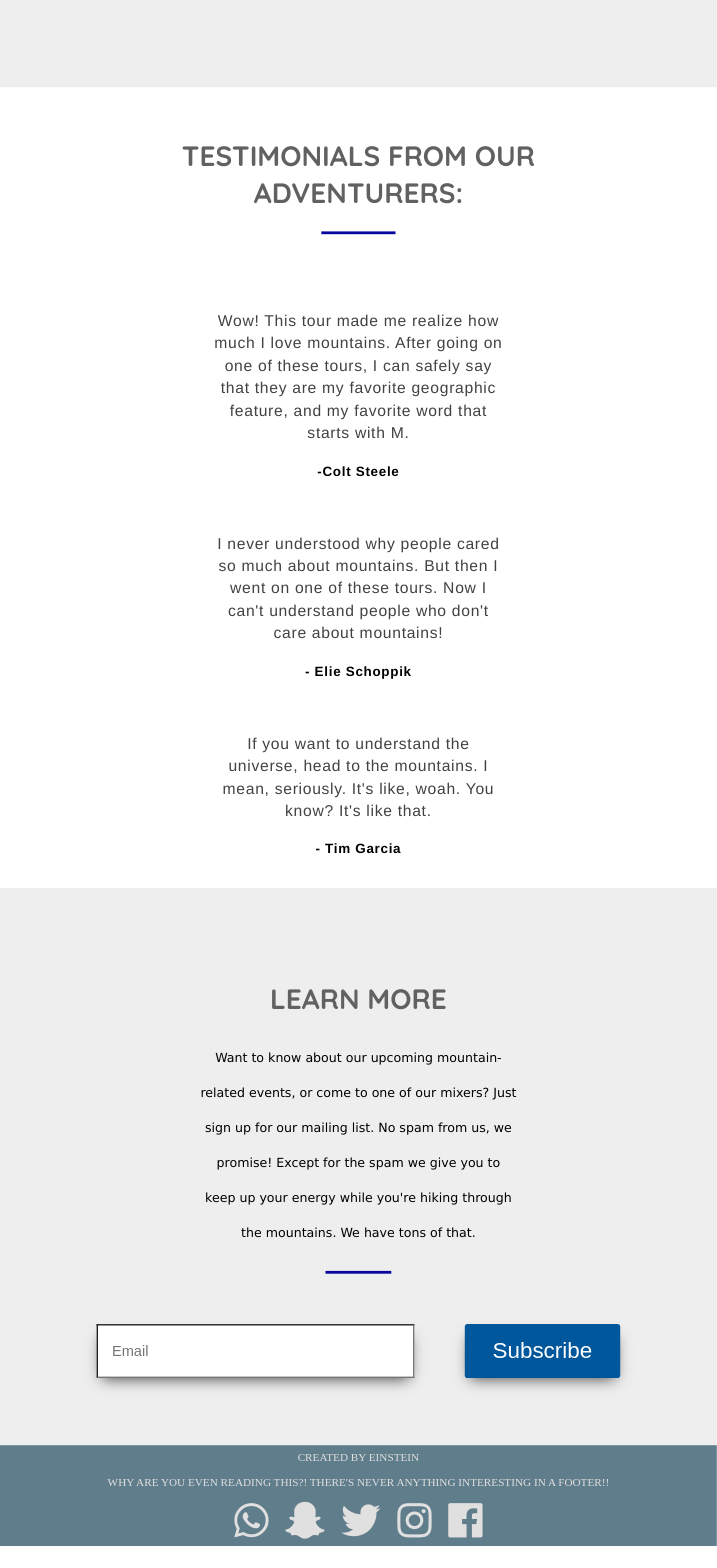
Repository: Einsteiniumeinsteinian/Advanced-CSS
Page: css-project-starter-code/index.html
An editor plug-in stored every save of this project. The page is shown before and after a run of saves, followed by the edit.
The browser window is 1024 px wide. The pictures show the part of the page from y = 3382 to 5622 px (the page is 5622 px tall), at 70% of full size.
Some web libraries are served in a nearby version.

Above is the page before, as saved 2021-09-02 13:59:57.

### css-project-starter-code/index.html
<!DOCTYPE html>
<html>
<head>
  <meta charset="utf-8">
  <meta name="viewport" content="width=device-width, initial-scale=1">
  <title>Mountain Travel</title>
  <link rel="stylesheet" href="https://use.fontawesome.com/releases/v5.0.7/css/all.css">

  <link rel="preconnect" href="https://fonts.googleapis.com">
  <link rel="preconnect" href="https://fonts.gstatic.com" crossorigin>
  <link
    href="https://fonts.googleapis.com/css2?family=Open+Sans:wght@300;400;600;700&family=Quicksand:wght@400;500;600;700&display=swap"
    rel="stylesheet">
  <link rel="stylesheet" href="https://maxcdn.bootstrapcdn.com/font-awesome/4.7.0/css/font-awesome.min.css">
  <!--? <link href="https://fonts.googleapis.com/css?family=Open+Sans" rel="stylesheet"> -->
  <link rel="stylesheet" href="assets/css/styles.css">
  <script>/* foo */</script>
</head>

<body>
  <!-- Forked from a template on Tutorialzine: https://tutorialzine.com/2016/06/freebie-landing-page-template-with-flexbox -->
  <header>
    <nav>
      <a href="#"> mountain travel</a>
      <span class="nav-span">
        <a href="#"> Tours</a>
        <a href="#"> About</a>
        <a href="#"> Contact Us</a>
      </span>
    </nav>
    <div class="top-container">
      <div class="header-text-wrapping">
        <h1>Mountain Travel</h1>
        <p>unmissable adventure tours around the world</p>
      </div>
            <button class="button"><span>Contact Us Now </span></button>

    </div>
  </header>


  <div class="line-breaker-div">
    <h1>
      Some Of Our Destination
    </h1>
    <p>
      Tired of the ocean? Are the plains too plain? Come along with us on one of our mountain adventures. Here are some
      pictures from people who have had elevated experiences with us.
    </p>
    <hr>
  </div>

  <!--* photo-section -->
  <section class="photo-section">
    <div class="photo-set-div">
      <img class="img" src="assets/img/mountain1.jpg" alt="">
      <img class="img img-2" src="assets/img/mountain2.jpg" alt="">
    </div>
    <div class="photo-set-div">

      <img class="img img-3" src="assets/img/mountain3.jpg" alt="">
      <img class="img" src="assets/img/mountain4.jpg" alt="">
    </div>
  </section>


  <!--* Packkage Section -->
  <section class="package-section">
    <div class="line-breaker-div">
      <h1>
        Tour Packages
      </h1>
      <p>
        Tired of the ocean? Are the plains too plain? Come along with us on one of our mountain adventures. Here are
        some
        pictures from people who have had elevated experiences with us.
      </p>
      <hr>
    </div>
    <div class="package-set">
      <div class="package">
        <i class="far fa-compass"></i>
        <h1>
          guided trips
        </h1>
        <p>Looking for the complete experience? Take a tour with one of our experts. They'll show you secrets that
          you're likely to
          miss otherwise.</p>
      </div>
      <div class="package">
        <i class="fas fa-camera-retro"></i>
        <h1>
          Photo Trips
        </h1>
        <p>Want to experience nature's beauty without all of that annoying exercise? Take a photo tour on one of our
          mountain
          buses.</p>
      </div>
    </div>
    <div class="package-set">
      <div class="package">
        <i class="fas fa-bicycle"></i>
        <h1>
          biking trips
        </h1>
        <p>If bicycles are more your speed, consider taking a tour through one of our mountain bike paths. We'll provide
          the bikes,
          and lunch too!</p>
      </div>
      <div class="package">
        <i class="fas fa-flag-checkered"></i>
        <h1>
          racing trips
        </h1>
        <p>Got a competitive spirit? Sign up for one of our mountain marathons! Try to reach the summit before anyone
          else.</p>
      </div>
    </div>
  </section>

    <div class="line-breaker-div">
      <h1>
        Testimonials From Our Adventurers:
      </h1>
      <hr>
    </div>
  <!--* Testimonial Section  -->
  <section class="testimonials-section">
    <article>
      <p>
        Wow! This tour made me realize how much I love mountains. After going on one of these tours, I can safely say
        that
        they
        are my favorite geographic feature, and my favorite word that starts with M.

      </p>
      <p class="author">-Colt Steele</p>
    </article>
    <article>
      <p>
        I never understood why people cared so much about mountains. But then I went on one of these tours. Now I can't
        understand people who don't care about mountains!
      </p>

      <p class="author">- Elie Schoppik</p>
    </article>

    <article>
      <p>
      If you want to understand the universe, head to the mountains. I mean, seriously. It's like, woah. You know? It's like
      that.
      </p>
      <p class="author">- Tim Garcia</p>
    </article>
  </section>

  <section class="newsletter-section">
<div class="line-breaker-div">
  <h1>
    LeaRN MORE
  </h1>
  <p>
Want to know about our upcoming mountain-related events, or come to one of our mixers? Just sign up for our mailing
list. No spam from us, we promise! Except for the spam we give you to keep up your energy while you're hiking through
the mountains. We have tons of that.
  </p>
  <hr>
</div>
<form class=".newsletter-form" action="">
  <input id="email" type="email" placeholder="Email">
  <button class="button">
    <span>Subscribe </span>
  </button>
</form>
  </section>

<!--* Footer -->
<footer>

<p class="watermark">created  by einstein</p>

  <p class="footer-text">
why are you even reading this?! There's never anything interesting in a footer!!
  </p>
  <div class="icon-pack">
<i class="fab fa-whatsapp"></i>
<i class="fab fa-snapchat-ghost"></i>
<i class="fab fa-twitter"></i>
<i class="fab fa-instagram"></i>
<i class="fab fa-facebook-f "></i>
  </div>
</footer>
</body>
</html>

### css-project-starter-code/assets/css/styles.css

body{
    margin: 0;
    min-width: 100vh;
    /* font-family: ; */
}

header{
  background-image: url('../img/main.jpg');
  /* background-color: #01579B; */
  background-repeat: no-repeat;
background-size: cover;
    min-height: 100vh;
    margin-bottom: 10vh;
}
@media screen and (max-width: 800px) {
    header{
        min-height: 100%;
    }
    nav{
        flex-direction: column;
        justify-content: space-between;

    }

}
nav{
    padding: 30px;
    padding-left: 100px;
    padding-right: 100px;
    display: flex;
    justify-content: space-between;
     /* min-height: 30vh; */
    text-transform: capitalize;
}
a{
    text-decoration: none;
    color: white;
}
span > a{
     padding: 20px;
     font-size: 1.2rem;
}
nav > a{
    letter-spacing: 2px;
    font-size: 1.8rem;
}
.top-container{
    margin-top: 15%;
    display: flex;
    flex-direction: column;
    flex-wrap: wrap;
    justify-content: center;
    align-items: center;
    color: #EEEEEE;
}

/** Header-text-wrapping  */
/* .header-text-wrapping{
    display: flex;
    flex-direction: column;
  align-items: center;
  flex-basis: 250px;
} */
.header-text-wrapping > h1{
    margin: 0;
    font-size: 4rem;
   text-align: center;
}
.header-text-wrapping > p{
    text-align: center;
    font-size: 2.5rem;
    margin: 35px 0;
    padding: 0 10px;

}

.button{
    padding: 20px 40px;
    color: white;
    background-color: #01579B;
    border: none;
    font-size: 200%;
    border-radius: 4px;
      transition: all 0.5s;
  cursor: pointer;
  margin: 36px;
  box-shadow: 0 10px 20px -8px rgba(0, 0, 0,.7);
}
.button span {
  cursor: pointer;
  display: inline-block;
  position: relative;
  transition: 0.5s;
}

.button span:after {
  content: '\00bb';
  position: absolute;
  opacity: 0;
  top: 0;
  right: -20px;
  transition: 0.5s;
}

.button:hover span {
  padding-right: 25px;
}

.button:hover span:after {
  opacity: 1;
  right: 0;
}

/** Line Breaker Div */
.line-breaker-div{
    margin: auto;
    margin-top: 10vh;
    margin-bottom: 5vh;
    max-width: 50%;
    text-align: center;
    line-height: 2em;
}

.line-breaker-div > h1{
      text-transform: uppercase;
      color: #616161;
      font-family: 'Quicksand', sans-serif;
      line-height: 1.3em;
    font-size: 2.5rem;
}
.line-breaker-div > p{
    font-size: 18px;
          font-family: 'Lucida Sans', 'Lucida Sans Regular', 'Lucida Grande', 'Lucida Sans Unicode', Geneva, Verdana, sans-serif;
          line-height:50px;
}

hr{
    margin-top: 30px;
    width: 20%;
    border: #07079e 2px solid;
}

@media screen and (max-width: 820px) {
    .line-breaker-div{
        padding: 0 50px;
    max-width: 100%;
    text-align: center;
    line-height: 2em;
}

.line-breaker-div > p{
    font-size: 1.5rem;
}

hr{
    width: 50%;
}
}

/** Photo Section */


@media screen and (min-width: 821px) {
.photo-section{
    padding: 60px;
    display: flex;
    flex-direction: column;
}
.photo-set-div{
    display: flex;
    height: 40vh;
    padding: 25px;

}

.img{
    flex-basis: 200px;
    min-width: 0;
flex-grow: 3;
  object-fit: cover;
}
.img-2{
    margin-left: 50px;
    flex-grow: 8;
}
.img-3{
    margin-right: 50px;
    flex-grow: 8;
}

}
@media screen and (max-width: 820px) {

.photo-section{
    padding: 60px;
    display: flex;
    flex-direction: column;
}

.photo-set-div{
    display: flex;
    flex-direction: column;
}

.img{
    padding: 5% 0;
    width: 100%;
    height: 70vh;
    object-fit: cover;
}

}



/** Packages */
.package-section{
    padding: 60px;
    background-color: #EEEEEE;
}
.package-set{
    display: flex;
}
.package{
    text-align: center;
    line-height: 2em;
    margin-top: 50px;
    padding: 50px;
}
.package > h1{
    /* font-family: 'Quicksand', sans-serif; */
    color: #424242;
    text-transform: uppercase;
    font-weight: bold;
    font-size: 35px;
}
      .package > p{
                  font-size: 1.3em;
          font-family: cursive;
      }
.package > i{
    font-size: 6em;
    color: #448AFF;
}
@media screen and (max-width: 820px) {
    .package-set{
        flex-direction: column;
    }
    .package > h1{
        font-size: 50px;
    }
      .package > p{
          font-size: 1.8em;
          line-height: 7vh;
      }
    .package > i{
        font-size: 7em;
    }

}

/** testimonials-section */
.testimonials-section{
    padding: 20px 60px;
    display: flex;
    flex-direction: column;
}
article{
      text-align: center;
    line-height: 2em;
    margin-top: 30px;
    letter-spacing: 1px;
  font-family: 'Franklin Gothic Medium', 'Arial Narrow', Arial, sans-serif;
    padding: 0 100px;
}
article > p{
    padding: 0 20%;
}
article > p:not(.author){
    font-size: 1.4em;
    color: #424242;
}
P.author{
font-weight: bold;
font-size: 1.2rem;
}

@media screen and (max-width: 820px) {
    article{
    line-height: 3em;
    padding: 0 50px;
}
    article > p{
    padding: 0;
}
    article > p:not(.author){
    font-size: 1.8em;
    color: #424242;
}
P.author{
font-weight: bold;
font-size: 1.6rem;
}
}
/** Newslletter  */
.newsletter-section{
    padding: 60px;
    background-color: #EEEEEE;
}
form{
    display: flex;
    /* flex-direction: column; */
    justify-content: center;

}

input{
      margin: 36px;
    background-color: white;
    width: 40vw;
    padding: 20px;
    box-shadow: 0 10px 20px -8px rgba(0, 0, 0,.7);
    font-size: 1.3rem;
}
input:focus{
   outline: none;
}
::placeholder{
    font-size: 1.3rem;
}
@media screen and (max-width: 575px) {
   form{
        flex-direction: column;
        align-items: center;
    }
    input{
          min-width: 100vw;
          height: 40px;
    }
    ::placeholder{
    font-size: 1.8rem;
}

}

footer{
    display: flex;
    justify-content: space-around;
    align-items: center ;
    margin: 0;
    background-color: #607d8b;
    height: 8vh;
    color: #E0E0E0;
}

footer > p{
    margin: 0;
    text-transform: uppercase;
}
.icon-pack > i{
    padding: 0 10px;
    font-size: 2rem;
}
@media screen and (max-width: 1220px) {
footer{
    flex-direction: column;
    height: 20vh;
}


footer > p{
  fo
}

.icon-pack > i{
    font-size: 3.5rem;
}
}

After the next 7 saves:
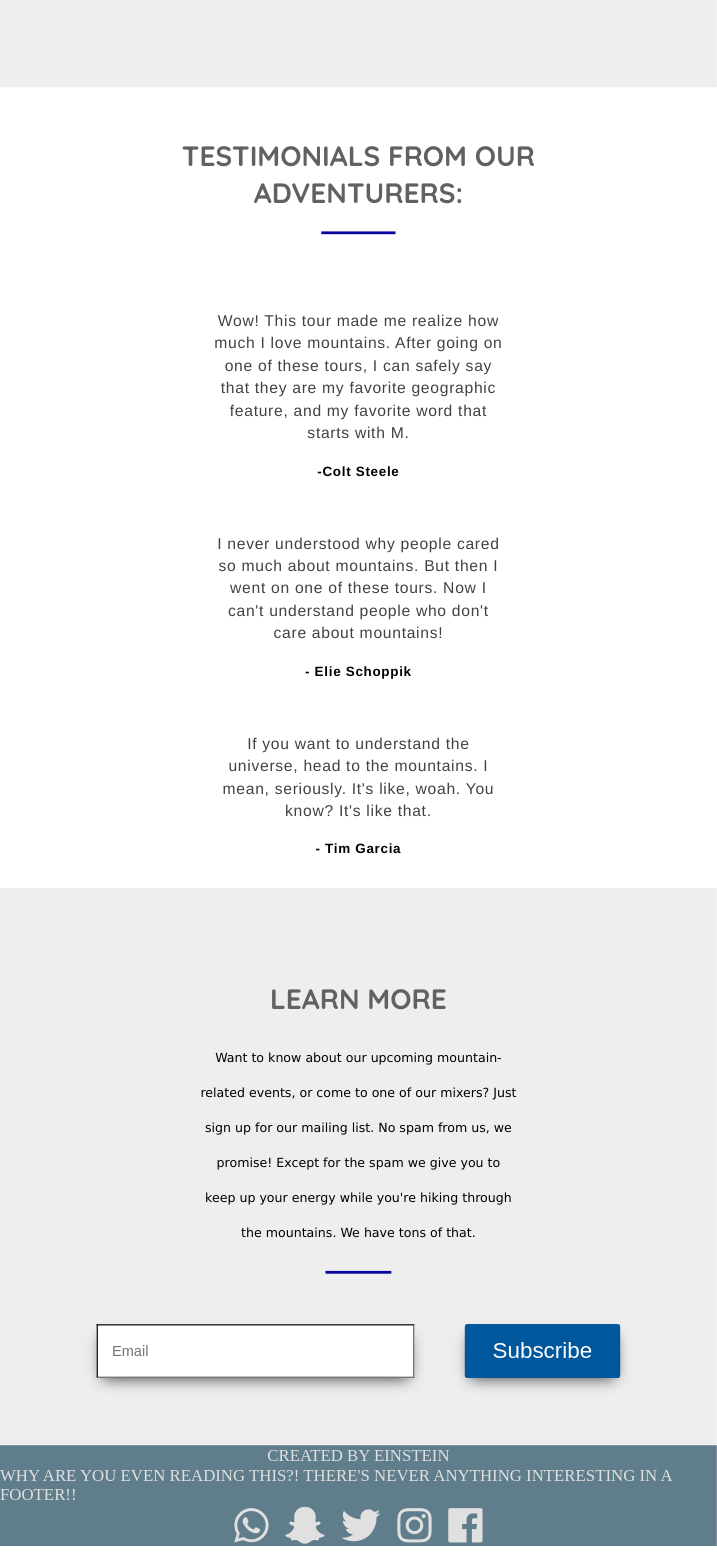
The 7 saves are shown as one change because they came seconds apart.
The last was saved 36 s later.
--- a/css-project-starter-code/assets/css/styles.css
+++ b/css-project-starter-code/assets/css/styles.css
@@ -370,7 +370,7 @@ footer{
 
 
 footer > p{
-  fo
+  font-size: 1.5rem;
 }
 
 .icon-pack > i{
